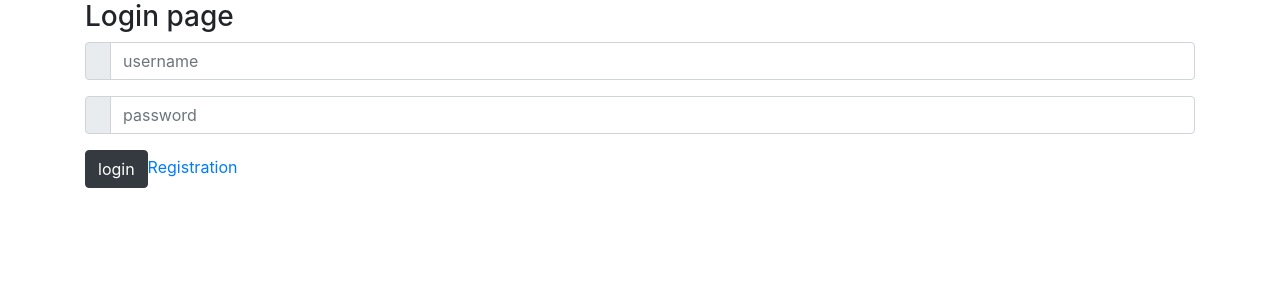
Repository: vishnushelke/LoginPage
Page: http://localhost/MyLoginPage/Login.jsp
The author's editor kept a copy of each file at every save. The page is drawn from the files as they stood at one save, then again after the next save.
The browser window is 1280 px wide. The pictures show the whole page.
The page is served by Tomcat 9. Other server files are loaded and not shown.

Above is the page before, as saved 2019-10-10 09:29:39.

### MyLoginPage/WebContent/Login.jsp
<%@ page language="java" contentType="text/html; charset=UTF-8"
	pageEncoding="UTF-8"%>
<!DOCTYPE html>
<html>
<head>
<meta charset="UTF-8">
<title>Insert title here</title>
<link rel="stylesheet"
	href="https://maxcdn.bootstrapcdn.com/bootstrap/4.3.1/css/bootstrap.min.css">
<script
	src="https://ajax.googleapis.com/ajax/libs/jquery/3.4.1/jquery.min.js"></script>
<script
	src="https://cdnjs.cloudflare.com/ajax/libs/popper.js/1.14.7/umd/popper.min.js"></script>
<script
	src="https://maxcdn.bootstrapcdn.com/bootstrap/4.3.1/js/bootstrap.min.js"></script>
</head>
<body>
	<form action="login" method="post">
		<div class="container style='text-align: center'>
			<fieldset style="width: 450px">
				<h3>Login page</h3>
				<div class="input-group mb-3" align="left">
					<div class="input-group-prepend">
						<span class="input-group-text" id="basic-addon1"></span>
					</div>
					<input type="text" class="form-control" name="username"
						placeholder="username" aria-label="username"
						aria-describedby="basic-addon1">
				</div>
				<div class="input-group mb-3" align="center">
					<div class="input-group-prepend">
						<span class="input-group-text" id="basic-addon1"></span>
					</div>
					<input type="password" class="form-control" name="password"
						placeholder="password" aria-label="password"
						aria-describedby="basic-addon1">
				</div>

				<input type="submit" value="login" class="btn btn-dark"><a
					href="register.jsp">Registration</a>
			</fieldset>
		</div>
	</form>

</body>


</html>

After the next save:
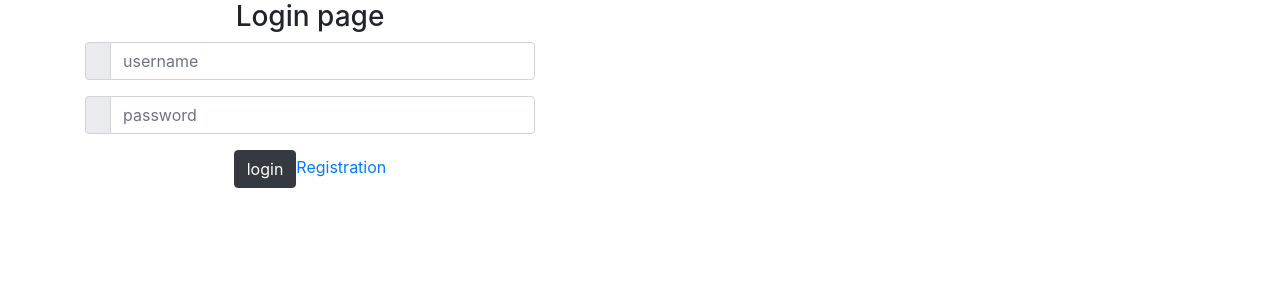
Saved 13 s later.
--- a/MyLoginPage/WebContent/Login.jsp
+++ b/MyLoginPage/WebContent/Login.jsp
@@ -16,7 +16,7 @@
 </head>
 <body>
 	<form action="login" method="post">
-		<div class="container style='text-align: center'>
+		<div class="container" style='text-align: center'>
 			<fieldset style="width: 450px">
 				<h3>Login page</h3>
 				<div class="input-group mb-3" align="left">
